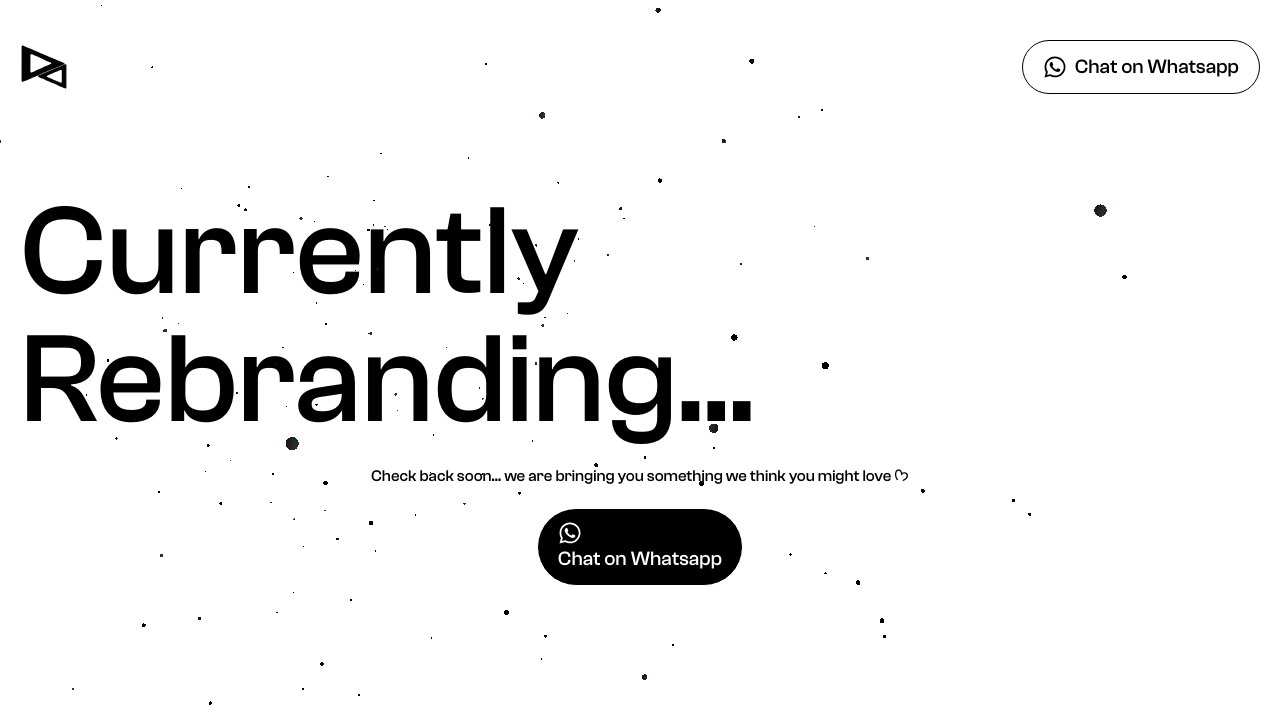
Repository: Cybugg/Nexxistudios-new
Page: /
The author's editor kept a copy of each file at every save. The page is drawn from the files as they stood at one save, then again after a run of saves.
The browser window is 1280 px wide. The pictures show the whole page.
The project was rebuilt for these pictures with package versions that can differ from the ones it lists, and the page was loaded fresh each time. The framework's server and built-in components were replaced by stand-ins that run in the browser. Also part of the build but not shown: next.config.mjs.

Above is the page before, as saved 2025-09-06 17:48:46.

After the next 2 saves:
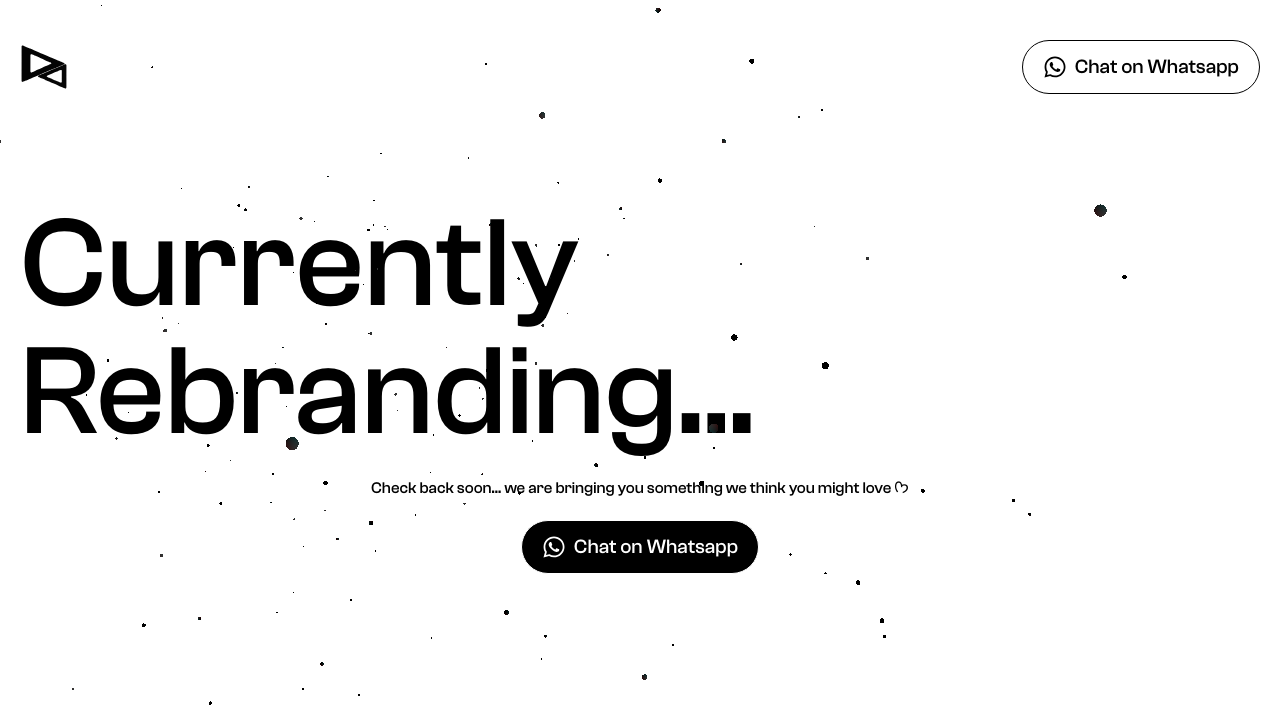
The 2 saves are shown as one change because they came seconds apart.
The last was saved 7 s later.
--- a/app/components/hero.js
+++ b/app/components/hero.js
@@ -21,7 +21,7 @@
 </p>
 {/* CTA Button */}
 <button className="py-3 px-5 text-xl rounded-full border cursor-pointer bg-black text-white z-50 ">
-  <Link href="https://wa.me/2349117169239?text=Hello%20I%20want%20a%20website%20or%20software%20for%20my%20business" target="_blank"
+  <Link href="https://wa.me/2349117169239?text=Hello%20I%20want%20a%20website%20or%20software%20for%20my%20business" className='flex gap-2 items-center' target="_blank"
       rel="noopener noreferrer" >
 <FaWhatsapp className='text-2xl' /> Chat on Whatsapp
       </Link>
